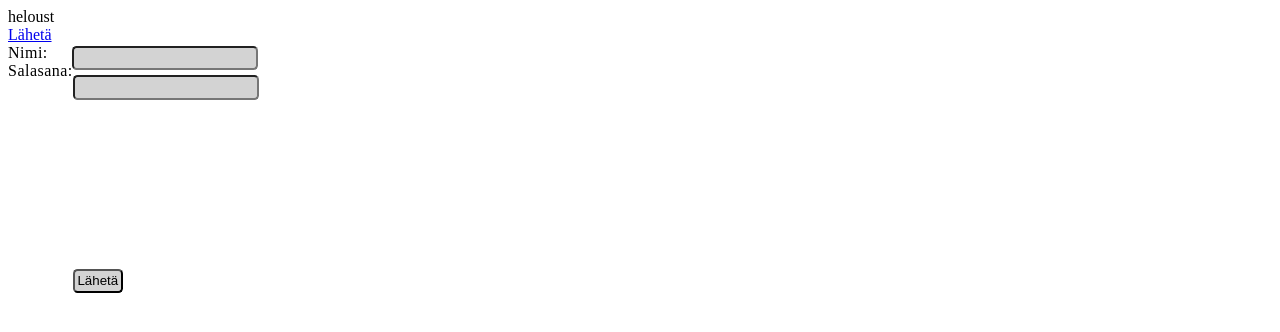
Repository: sirkian/ohj2-t4
Page: http://localhost/Kommunikaatio/
These files come from the project's save history. The page is drawn as it stood at one moment and after the next save; the edit follows.
The browser window is 1280 px wide. The pictures show the whole page.
The page is served by Tomcat 9.

Above is the page before, as saved 2022-03-19 14:10:12.

### Kommunikaatio/src/main/webapp/index.jsp
<%@ page language="java" contentType="text/html; charset=ISO-8859-1"
    pageEncoding="ISO-8859-1"%>
<!DOCTYPE html>
<html>
<head>
<meta charset="ISO-8859-1">
<title>Insert title here</title>
<style>
body {
	display: flex;
	flex-direction: column;
}
input {
	background: lightgrey;
	border-radius:0.35em;
	padding: 0.2em;
	margin: 0.15em 0;
	position: absolute;
}
.nimi {
	left: 5.4em;
}
.pw {
	top: 5.5em;
}
.btn {
	top: 20em;
}
form {
	letter-spacing: 0.03em;
}
</style>
</head>
<body>
heloust
<a href="toka.jsp?nimi=jaska&ika=10">Lähetä</a>
<form action="kolmas.jsp" method="POST">
	Nimi: <input class="nimi" type="text" name="nimi"><br>
	Salasana: <input class="pw" type="password" name="pwd">
	<input class="btn" type="submit" value="Lähetä">
</form>
</body>
</html>

After the next save:
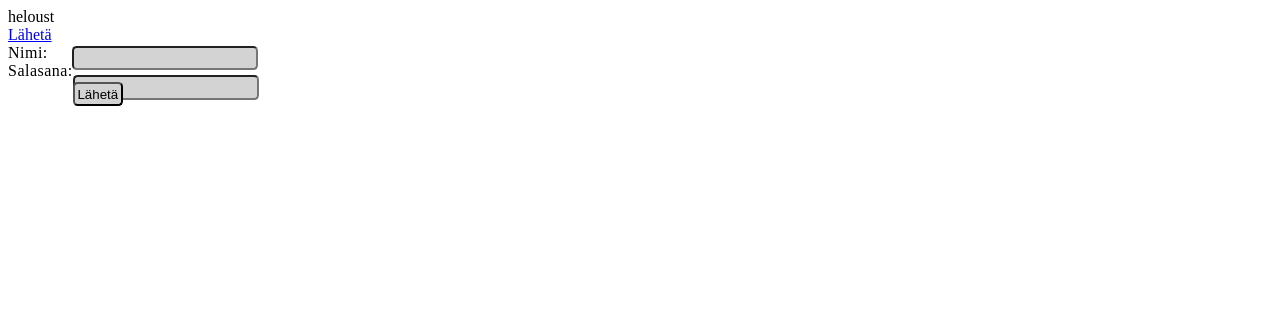
Saved 7 s later.
--- a/Kommunikaatio/src/main/webapp/index.jsp
+++ b/Kommunikaatio/src/main/webapp/index.jsp
@@ -24,7 +24,7 @@ input {
 	top: 5.5em;
 }
 .btn {
-	top: 20em;
+	top: 6em;
 }
 form {
 	letter-spacing: 0.03em;
